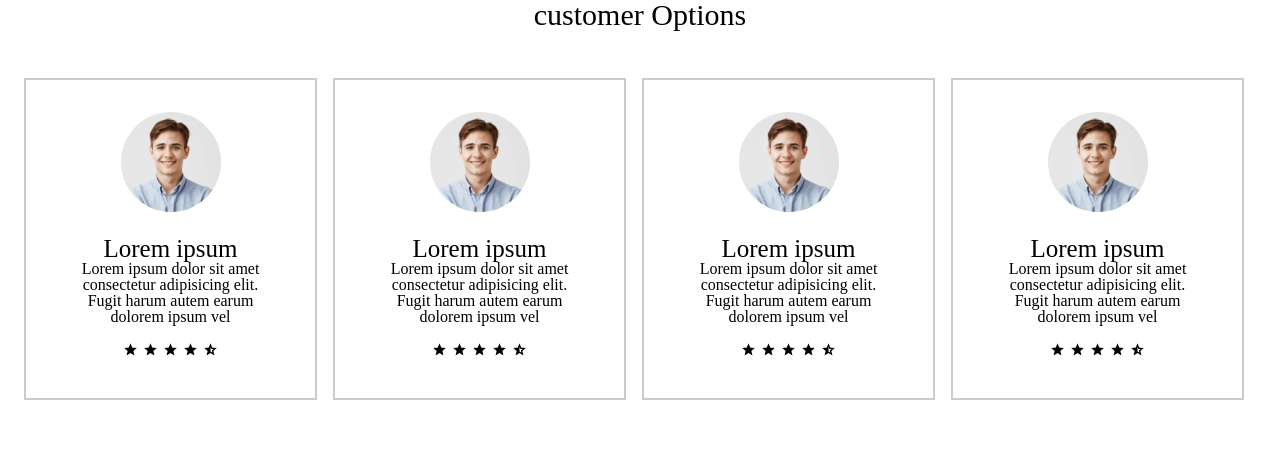
Repository: dinhhaidh/slider-3
Page: index.html
The author's editor kept a copy of each file at every save. The page is drawn from the files as they stood at one save, then again after the next save.
The browser window is 1280 px wide. The pictures show the whole page.

Above is the page before, as saved 2024-03-22 21:07:47.

### index.html
<!DOCTYPE html>
<html lang="en">
<head>
    <meta charset="UTF-8">
    <meta name="viewport" content="width=device-width, initial-scale=1.0">
    <title>Document</title>
    <link rel="stylesheet" href="https://cdnjs.cloudflare.com/ajax/libs/remixicon/4.2.0/remixicon.min.css">

    <link rel="stylesheet" href="./css/swiper-bundle.min.css">

    <link rel="stylesheet" href="./css/style.css">

</head>
<body>
    <div class="customer">
        <h3 class="customer__title">customer Options</h3>
        <div class="customer__container container">
            <div class="customer__swiper swiper">
                <div class="swiper-wrapper">
                    <article class="customer__article swiper-slide">
                        <img src="./img1.png" alt="image" class="customer__img">

                        <h2 class="customer__heading">Lorem ipsum</h2>
                        <p>
                            Lorem ipsum dolor sit amet consectetur adipisicing elit. Fugit harum autem earum dolorem ipsum vel
                        </p>
                        <div class="customer__star">
                            <i class="ri-star-s-fill"></i>
                            <i class="ri-star-s-fill"></i>
                            <i class="ri-star-s-fill"></i>
                            <i class="ri-star-s-fill"></i>
                            <i class="ri-star-half-s-line"></i>
                        </div>
                    </article>
                    <article class="customer__article swiper-slide">
                        <img src="./img1.png" alt="image" class="customer__img">

                        <h2 class="customer__heading">Lorem ipsum</h2>
                        <p>
                            Lorem ipsum dolor sit amet consectetur adipisicing elit. Fugit harum autem earum dolorem ipsum vel
                        </p>

                        <div class="customer__star">
                            <i class="ri-star-s-fill"></i>
                            <i class="ri-star-s-fill"></i>
                            <i class="ri-star-s-fill"></i>
                            <i class="ri-star-s-fill"></i>
                            <i class="ri-star-half-s-line"></i>
                        </div>
                    </article>

                    <article class="customer__article swiper-slide">
                        <img src="./img1.png" alt="image" class="customer__img">

                        <h2 class="customer__heading">Lorem ipsum</h2>
                        <p>
                            Lorem ipsum dolor sit amet consectetur adipisicing elit. Fugit harum autem earum dolorem ipsum vel
                        </p>

                        <div class="customer__star">
                            <i class="ri-star-s-fill"></i>
                            <i class="ri-star-s-fill"></i>
                            <i class="ri-star-s-fill"></i>
                            <i class="ri-star-s-fill"></i>
                            <i class="ri-star-half-s-line"></i>
                        </div>
                    </article>
                </div>
            </div>
            <!-- If we need pagination -->
            <div class="swiper-pagination"></div>
        </div>
    </div>


    <script src="./js/swiper-bundle.min.js"></script>
    <script src="./js/app.js"></script>
</body>
</html>

### css/style.css
*,
*:before,
*:after {
  box-sizing: border-box;
}
* {
  margin: 0;
  padding: 0;
  font: inherit;
}
img,
picture,
svg,
video {
  display: block;
  max-width: 100%;
}
input,
select,
textarea {
  background-color: transparent;
  outline: none;
}
button {
  cursor: pointer;
  background-color: transparent;
  outline: none;
  border: 0;
}
body {
  min-height: 100vh;
  font-weight: 400;
  font-size: 16px;
  line-height: 1;
}


.container{
    max-width: 1220px;
    Margin-inline: 1.5rem;
}


.customer__title{
    text-align: center;
    margin-bottom: 3rem;
    font-size: 30px;
}

.customer__article{
  text-align: center;
    padding: 2rem 3rem 2.5rem;
    background-color: #fff;
    border: 2px solid #ccc;
    transition: border .4s, background-color .4s;
}
.customer__img{
    width: 100px;
    border-radius: 50%;
    margin: 0 auto 1.5rem;
}
.customer__heading{
  font-size: 25px;
  m
}
.customer__article p {
    margin-bottom: 1rem;
    text-align: center;
}
.customer__star{

}
.ri-star-s-fill{

}
.ri-star-half-s-line{

}

### js/app.js
// let swiperCustomer = new Swiper('.customer__swiper', {
//     loop: true,
//     spaceBetween: 16,
//     slidesPerView: 'auto',
//     centeredSlides: 'auto',

//     breakpoints: {
//         1150: {
//             slidesPerView: 3,
//             centeredSlides: false,
//         },
//     }
// });

let swiperCustomer = new Swiper('.customer__swiper', {
    loop: true,
    spaceBetween: 16,
    slidesPerView: 'auto',
    centeredSlides: 'auto',

    navigation: {
        nextEl: '.swiper-button-next',
        prevEl: '.swiper-button-prev',
    },

    breakpoints: {
        1150: {
            slidesPerView: 4,
            centeredSlides: false,
        }
    }
});

Loaded but not shown: css/swiper-bundle.min.css (library); js/swiper-bundle.min.js (library)

After the next save:
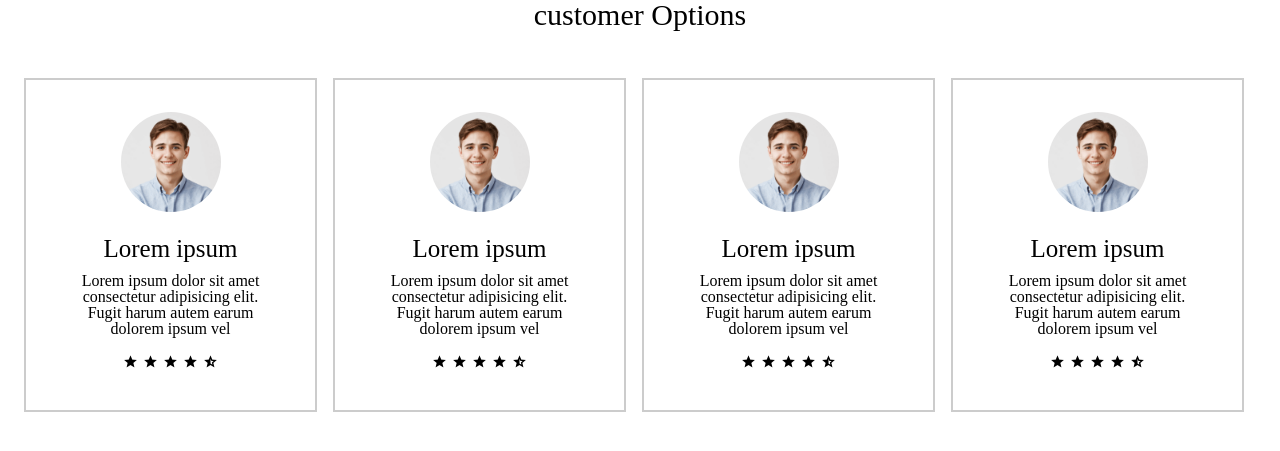
Saved 4 s later.
--- a/css/style.css
+++ b/css/style.css
@@ -61,7 +61,7 @@ body {
 }
 .customer__heading{
   font-size: 25px;
-  m
+  margin-bottom: 0.75rem;
 }
 .customer__article p {
     margin-bottom: 1rem;
